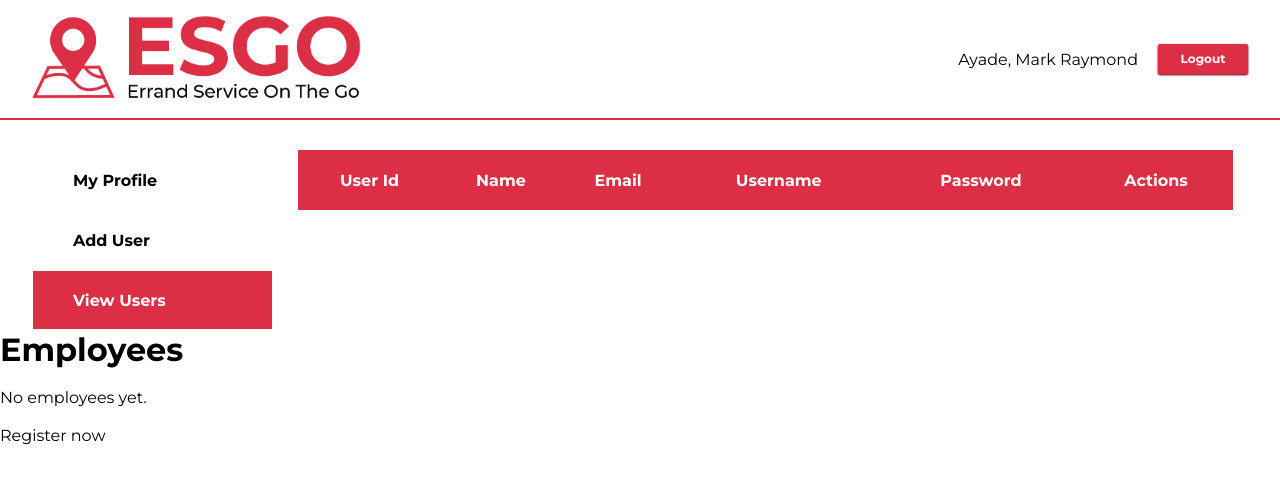
Repository: azkalonz/Int-Prog-2
Page: http://localhost/Int_Prog_2/employee?page=view
These files come from the project's save history. The page is drawn as it stood at one moment and after the next save; the edit follows.
The browser window is 1280 px wide. The pictures show the whole page.
The page is served by Tomcat 9. Other server files are loaded and not shown. Queries for data that is not in the repository find no rows.

Above is the page before, as saved 2021-03-30 06:05:32.

### Int Prog 2/WebContent/WEB-INF/views/employees.jsp
<%@taglib prefix="c" uri="http://java.sun.com/jsp/jstl/core"%>

<jsp:include page="/WEB-INF/layout/header.jsp" />
<main>
        <div class="container">
            <jsp:include page="/WEB-INF/layout/nav.jsp" />

            <div class="content">
                <table>
                    <thead>
                        <th>User Id</th>
                        <th>Name</th>
                        <th>Email</th>
                        <th>Username</th>
                        <th>Password</th>
                        <th>Actions</th>
                    </thead>
                    <tbody>
                        <c:forEach items="${employees}" var="employee">
						    <tr>
						        <td>${employee.employeeID}</td>
						        <td>${employee.firstname} ${employee.lastname}</td>
						        <td>${employee.email}</td>
						        <td>${employee.username}</td>
						        <td>
						        	<a class="button-link" href="?id=${employee.employeeID}">
						        		View
						        	</a>
						        	<a class="button-link" href="<%=request.getContextPath() %>/delete?id=${employee.employeeID}">
						        		Delete
						        	</a>
						        </td>
						    </tr>
						</c:forEach>
                    </tbody>
                </table>
            </div>
        </div>
    </main>
<div class="tableCon">
            <h1>Employees</h1>
            <br>
            <c:if test="${empty employees}">
			    No employees yet.<br/><br/> <a class="button-link" href="<%=request.getContextPath() %>/register">Register now</a>
			</c:if>

			<c:if test="${not empty employees}">
	            <table id="theTable">
	                <thead>
	                    <tr>
	                        <th>User ID</th>
	                        <th>Name</th>
	                        <th>Email</th>
	                        <th>Username</th>
	                        <th>Action</th>
	                    </tr>
	                </thead>
	                <tbody>
	                    <c:forEach items="${employees}" var="employee">
						    <tr>
						        <td>${employee.employeeID}</td>
						        <td>${employee.firstname} ${employee.lastname}</td>
						        <td>${employee.email}</td>
						        <td>${employee.username}</td>
						        <td>
						        	<a class="button-link" href="?id=${employee.employeeID}">
						        		View
						        	</a>
						        	<a class="button-link" href="<%=request.getContextPath() %>/delete?id=${employee.employeeID}">
						        		Delete
						        	</a>
						        </td>
						    </tr>
						</c:forEach>
	                </tbody>
	            </table>
            </c:if>
        </div>

<jsp:include page="/WEB-INF/layout/footer.jsp" />

### Int Prog 2/WebContent/WEB-INF/layout/header.jsp
<%@ page language="java" contentType="text/html; charset=ISO-8859-1"
	pageEncoding="ISO-8859-1"%>
<!DOCTYPE html>
<html>
<head>
<meta charset="ISO-8859-1">
<title>Employee</title>
<link rel="stylesheet" href="<%=request.getContextPath()%>/css/style.css"/>
</head>
<body>
	<header>
	        <div class="container">
	            <div class="logo-con">
	                <img src="<%=request.getContextPath()%>/assets/logo/horizontal.png">
	            </div>
	            <div class="account-con">
	                <span>Ayade, Mark Raymond</span>
	                <a href="./login.html">
	                    <div class="button">Logout</div>
	                </a>
	            </div>
	        </div>
	    </header>

### Int Prog 2/WebContent/WEB-INF/layout/nav.jsp
<%@ taglib uri = "http://java.sun.com/jsp/jstl/core" prefix = "c" %>

<c:set var = "page" value = "<%= request.getParameter(\"page\") %>"/>

<div class="nav">
    <a href="<%=request.getContextPath()%>?page=home">
        <div class="links<c:if test="${page=='home'}"> active</c:if>">My Profile</div>
    </a>
    <a href="<%=request.getContextPath()%>/register?page=register">
        <div class="links<c:if test="${page=='register'}"> active</c:if>">Add User</div>
    </a>
    <a href="<%=request.getContextPath()%>/employee?page=view">
        <div class="links<c:if test="${page=='view'}"> active</c:if>">View Users</div>
    </a>
</div>

### Int Prog 2/src/com/intprog/controller/EmployeeServlet.java
package com.intprog.controller;

import java.io.IOException;
import java.util.ArrayList;

import javax.servlet.ServletException;
import javax.servlet.annotation.WebServlet;
import javax.servlet.http.HttpServlet;
import javax.servlet.http.HttpServletRequest;
import javax.servlet.http.HttpServletResponse;

import com.intprog.dao.EmployeeDAO;
import com.intprog.model.Employee;

/**
 * Servlet implementation class EmployeeServlet
 */
@WebServlet("/employee")
public class EmployeeServlet extends HttpServlet {
	private static final long serialVersionUID = 1L;
	EmployeeDAO employeeDAO = new EmployeeDAO();

    /**
     * @see HttpServlet#HttpServlet()
     */
    public EmployeeServlet() {
        super();
        // TODO Auto-generated constructor stub
    }

	/**
	 * @see HttpServlet#doGet(HttpServletRequest request, HttpServletResponse response)
	 */
	protected void doGet(HttpServletRequest request, HttpServletResponse response) throws ServletException, IOException  {
		// TODO Auto-generated method stub
		String id = request.getParameter("id");
		ArrayList<Employee> employees = new ArrayList<Employee>();
		Employee emp = new Employee();
		try {
			emp = employeeDAO.selectEmployee(Integer.parseInt(id));
			if(emp.employeeID>0) {
				getServletContext().setAttribute("employee", emp);
				getServletContext().getRequestDispatcher("/WEB-INF/views/employee.jsp").forward(request, response);
			} else {
				response.sendRedirect(request.getContextPath()+"/employee");
			}
		} catch(Exception e) {

		}
		try {
			employees = employeeDAO.allEmployee();
			getServletContext().setAttribute("employees", employees);
			getServletContext().getRequestDispatcher("/WEB-INF/views/employees.jsp").forward(request, response);
		}catch(Exception e) {
		}
	}

	/**
	 * @see HttpServlet#doPost(HttpServletRequest request, HttpServletResponse response)
	 */
	protected void doPost(HttpServletRequest request, HttpServletResponse response) throws ServletException, IOException {
		// TODO Auto-generated method stub
		doGet(request, response);
	}

}

### Int Prog 2/src/com/intprog/model/Employee.java
package com.intprog.model;

public class Employee {
	private String firstname,lastname,email,username,password,mi;
	public int employeeID;

	public int getEmployeeID() {
		return employeeID;
	}

	public void setEmployeeID(int employeeID) {
		this.employeeID = employeeID;
	}

	public String getFirstname() {
		return firstname;
	}

	public void setFirstname(String firstname) {
		this.firstname = firstname;
	}

	public String getLastname() {
		return lastname;
	}

	public void setLastname(String lastname) {
		this.lastname = lastname;
	}

	public String getEmail() {
		return email;
	}

	public void setEmail(String email) {
		this.email = email;
	}

	public String getUsername() {
		return username;
	}

	public void setUsername(String username) {
		this.username = username;
	}

	public String getPassword() {
		return password;
	}

	public void setPassword(String password) {
		this.password = password;
	}

	public String getMi() {
		return mi;
	}

	public void setMi(String mi) {
		this.mi = mi;
	}



}

### Int Prog 2/WebContent/css/style.css
@import url("https://fonts.googleapis.com/css2?family=Montserrat:ital,wght@0,100;0,200;0,300;0,400;0,500;0,600;0,700;1,100;1,200;1,300;1,400;1,500;1,600&display=swap");

* {
  margin: 0;
  padding: 0;
  box-sizing: border-box;
}

a:link {
	text-decoration: none;
	color: #000;
}

body {
  font-family: "Montserrat";
  font-size: 100%;
}

header {
  display: flex;
  justify-content: center;
  width: 100%;
  height: 120px;
  position: relative;
  border-bottom: 2px solid rgb(220, 46, 69);
}

header .container {
  display: flex;
  justify-content: space-between;
  width: 95%;
  max-width: 1300px;
}

header .container .logo-con {
  padding-top: 5px;
}

header .container .logo-con img {
  height: 100px;
}

header .container .account-con {
  display: flex;
  align-items: center;
}

header .account-con .button {
  width: 90px;
  height: 30px;
  margin-left: 20px;
  border: none;
  background: rgb(220, 46, 69);
  box-shadow: 0 1px 2px 0 rgba(122, 7, 22, 0.783),
    0 1px 2px 0 rgba(122, 7, 22, 0.783);
  cursor: pointer;
  color: white;
  font-family: "Montserrat";
  font-weight: bold;
  font-size: 12px;
  border-radius: 2px;
  line-height: 30px;
  text-align: center;
}

header .account-con .button:hover {
  background: rgb(187, 32, 53);
}

.login-container {
  background: rgb(220, 46, 69);
  display: flex;
  align-items: center;
  justify-content: center;
  height: 100vh;
  font-family: "Montserrat";
  color: rgb(22, 22, 22);
}

.login-container > .container {
  position: relative;
  background: white;
  width: 85%;
  max-width: 1024px;
  border-radius: 10px;
  display: flex;
  box-shadow: 0 2px 4px 0 rgb(80, 12, 21), 0 6px 10px 0 rgb(80, 12, 21);
  padding: 60px 5px;
}

.login-container > .container .logo-container {
  display: flex;
  justify-content: center;
  align-items: center;
  flex-direction: column;
  flex: 3;
}

.logo-container img {
  width: 200px;
  padding-bottom: 35px;
}

.logo-container span {
  color: rgb(220, 46, 69);
  font-weight: bold;
  font-size: 40px;
}

.container .form-container {
  display: flex;
  justify-content: center;
  align-items: center;
  height: 100%;
  flex: 2;
}

.form-container h1 {
  margin-bottom: 20px;
}

.form-container .input-con {
  margin-bottom: 20px;
}

.form-container .input-con input {
  height: 45px;
  width: 300px;
  font-family: "Montserrat";
  padding: 5px 10px;
  border-radius: 5px;
  border: 1px solid rgb(233, 129, 143);
}

.form-container button {
  width: 150px;
  height: 50px;
  background: rgb(220, 46, 69);
  border: none;
  color: white;
  font-size: 16px;
  cursor: pointer;
  border-radius: 4px;
  box-shadow: 0 1px 2px 0 rgba(122, 7, 22, 0.783),
    0 1px 2px 0 rgba(122, 7, 22, 0.783);
  margin-top: 10px;
  font-weight: bold;
  font-family: "Montserrat";
}

.form-container button:hover {
  background: rgb(187, 32, 53);
}

main {
  width: 100%;
  display: flex;
  justify-content: center;
  padding-top: 30px;
}

main .container {
  width: 95%;
  max-width: 1300px;
  display: flex;
  justify-content: center;
}

main .container .nav {
  flex: 2;
  margin-right: 10px;
}

main .container .nav .links {
  padding-left: 40px;
  height: 60px;
  line-height: 60px;
  font-weight: bold;
  border: 1px solid white;
}

.active {
  background: rgb(220, 46, 69);
  color: white;
}

main .container .nav .links:hover {
  background: rgb(220, 46, 69);
  color: white;
  transition: 0.4s;
}

main .container .content {
  flex: 8;
  display: flex;
  justify-content: center;
}

main .container .content .infos {
  display: flex;
  flex-direction: column;
  padding-bottom: 15px;
}

main .container .content .infos span {
  padding-bottom: 5px;
  font-weight: bold;
}

main .container .content .infos input {
  width: 600px;
  height: 40px;
  border-radius: 2px;
  border: 1px solid rgb(233, 129, 143);
  padding: 0 10px;
}

main .container .content .button {
  width: 400px;
  height: 70px;
  background: rgb(220, 46, 69);
  border: none;
  margin-top: 30px;
  color: white;
  font-weight: bold;
  font-size: 15px;
  cursor: pointer;
  border-radius: 3px;
}

main .container .content .button:hover {
  background: rgb(187, 32, 53);
}

main .container .content .infos {
  display: flex;
  flex-direction: column;
  padding-bottom: 15px;
}

main .container .content .infos span {
  padding-bottom: 5px;
  font-weight: bold;
}

main .container .content .infos input {
  width: 600px;
  height: 40px;
  border-radius: 2px;
  border: 1px solid rgb(233, 129, 143);
  padding: 0 10px;
}

main .container .content .button {
  width: 400px;
  height: 70px;
  background: rgb(220, 46, 69);
  border: none;
  margin-top: 30px;
  color: white;
  font-weight: bold;
  font-size: 15px;
  cursor: pointer;
  border-radius: 3px;
}

main .container .content .button:hover {
  background: rgb(187, 32, 53);
}

main .container .content {
  max-height: 800px;
  overflow-y: scroll;
}

main .container .content table {
  width: 100%;
  margin: 0 15px;
  text-align: center;
  border-spacing: 0;
}

main .container .content table thead {
  background: rgb(220, 46, 69);
}

main .container .content table thead th {
  height: 60px;
  column-gap: 0;
  color: white;
}

main .container .content table tbody tr {
  height: 50px;
  background: rgba(247, 244, 244, 0.375);
}

main .container .content table tbody tr td:last-child {
  display: flex;
  justify-content: center;
  padding: 10px 0;
}

main .container .content table tbody .button-action {
  width: 80px;
  height: 30px;
  text-align: center;
  line-height: 30px;
  margin: 0 5px;
  font-size: 12px;
  color: white;
  border-radius: 3px;
  cursor: pointer;
}

.orange {
  background: coral;
  box-shadow: 0px 0px 2px -1px rgba(230, 63, 2, 0.443);
}

.red {
  background: crimson;
  box-shadow: 0px 0px 2px -1px rgba(199, 2, 41, 0.653);
}

.orange:hover {
  background: rgb(248, 95, 39);
}

.red:hover {
  background: rgb(194, 4, 42);
}

Loaded but not shown: Int Prog 2/WebContent/WEB-INF/layout/footer.jsp (common file)

After the next save:
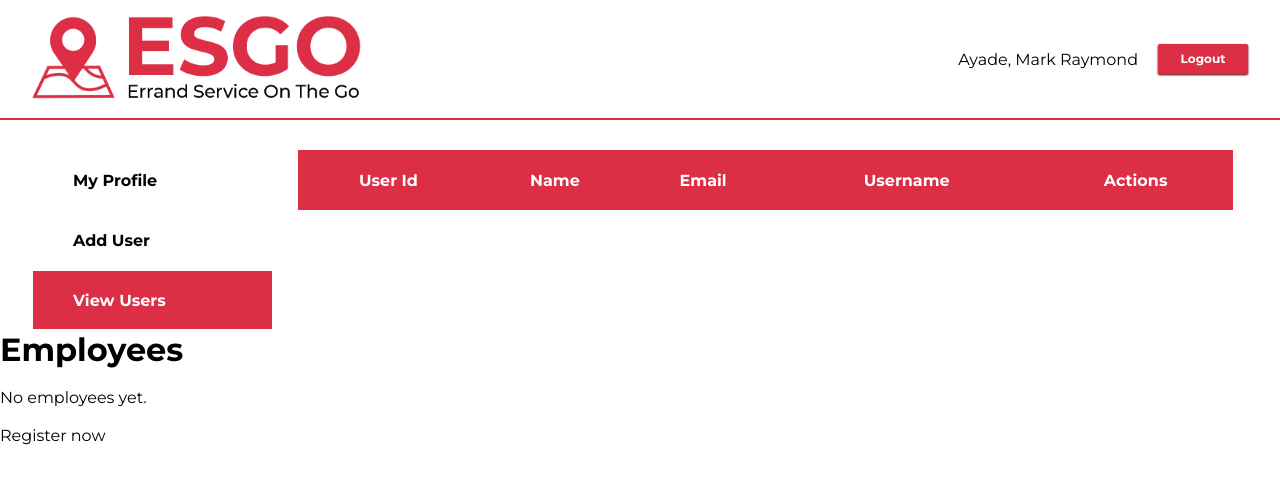
Saved 30 s later.
--- a/Int Prog 2/WebContent/WEB-INF/views/employees.jsp
+++ b/Int Prog 2/WebContent/WEB-INF/views/employees.jsp
@@ -12,7 +12,6 @@
                         <th>Name</th>
                         <th>Email</th>
                         <th>Username</th>
-                        <th>Password</th>
                         <th>Actions</th>
                     </thead>
                     <tbody>
